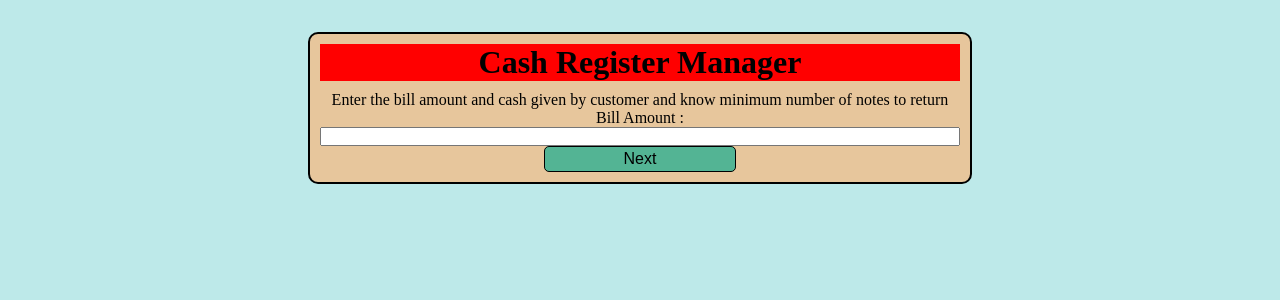
Repository: patelamancode/Cash-register-manager-app
Page: index.html
The author's editor kept a copy of each file at every save. The page is drawn from the files as they stood at one save, then again after the next save.
The browser window is 1280 px wide. The pictures show the whole page.

Above is the page before, as saved 2022-11-18 15:47:09.

After the next save:
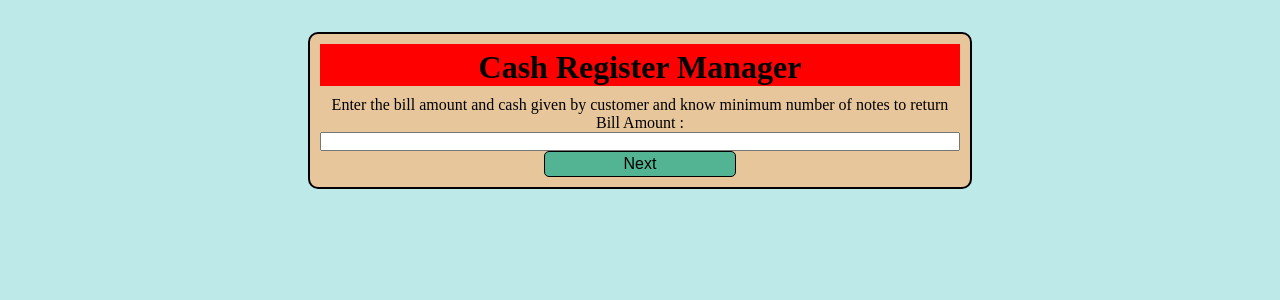
Saved 15 s later.
--- a/index.css
+++ b/index.css
@@ -23,6 +23,7 @@ body{
 h1{
     background-color: red;
     margin-bottom: 10px;
+    padding-top: 5px;
 }
 
 button{
